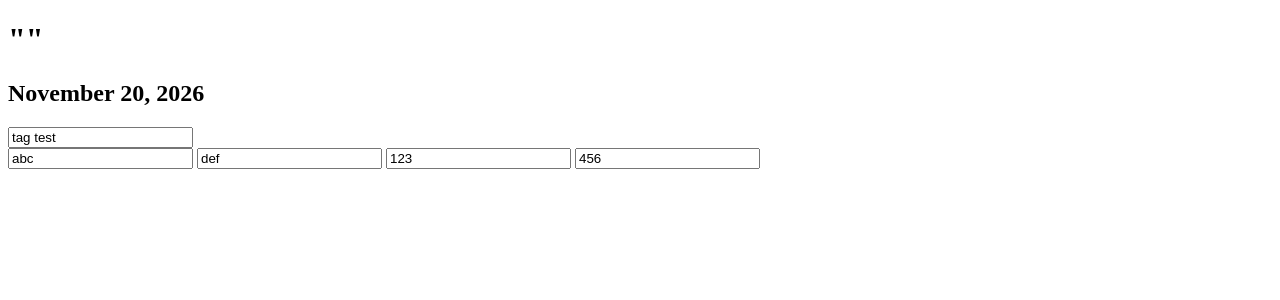
Repository: luckybright/springmvc
Page: http://localhost/springmvc/jsp/echo.jsp
The author's editor kept a copy of each file at every save. The page is drawn from the files as they stood at one save, then again after the next save.
The browser window is 1280 px wide. The pictures show the whole page.
The page is served by Tomcat 9. Nobody is signed in. The application's start-up code is not run.

Above is the page before, as saved 2014-04-23 07:08:57.

After the next save:
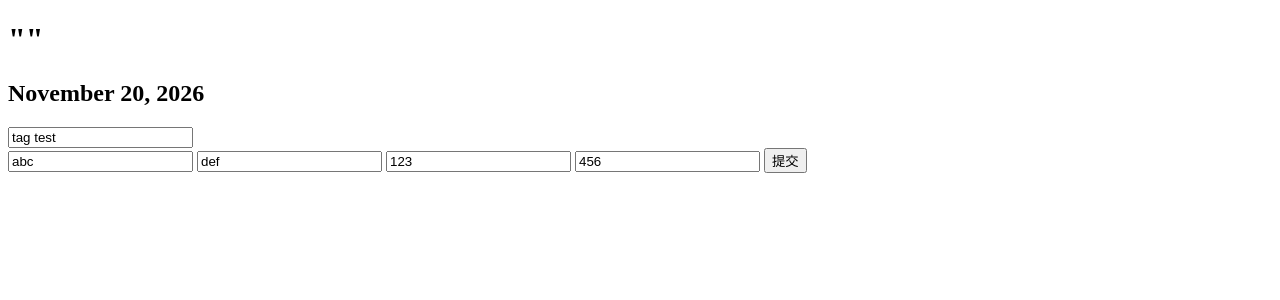
Saved 2 min 24 s later.
--- a/springmvc/WebContent/jsp/echo.jsp
+++ b/springmvc/WebContent/jsp/echo.jsp
@@ -16,6 +16,7 @@
 <input type="text" value="def" name="tablename">
 <input type="text" value="123" name="tablename">
 <input type="text" value="456" name="tablename">
+<input type="submit" value="提交">
 </form>
 </body>
 </html>
